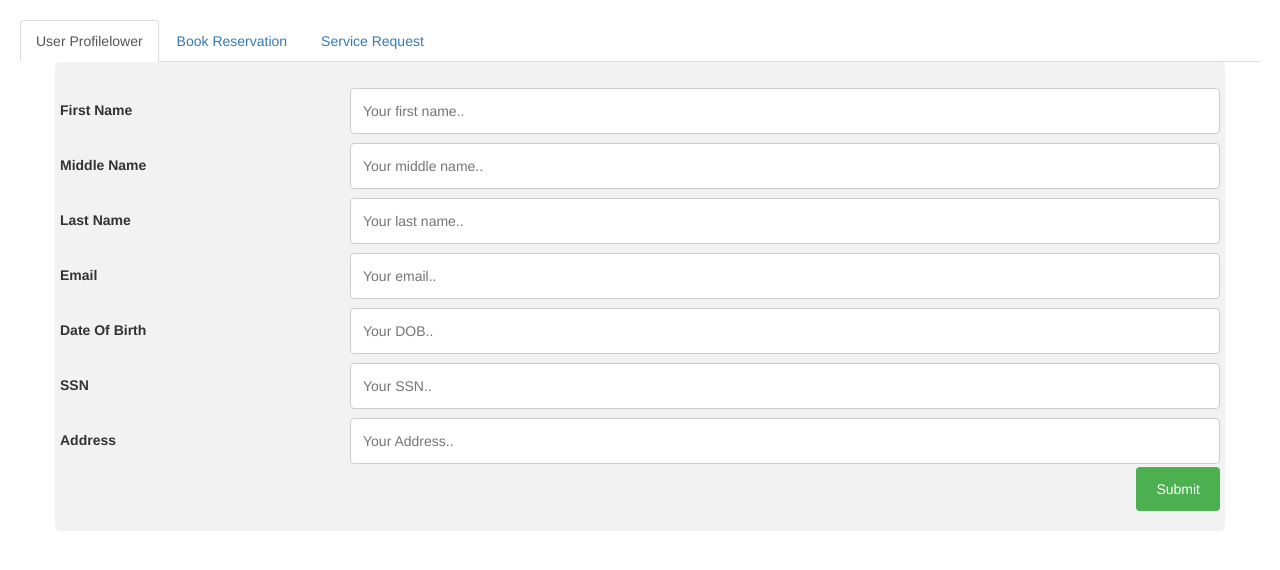
Repository: accentur/CSC507
Page: http://localhost/CSC507/userCustomerLoggedIn
An editor plug-in stored every save of this project. The page is shown before and after the next save, followed by the edit.
The browser window is 1280 px wide. The pictures show the whole page.
The page is served by Tomcat 9. Other server files are loaded and not shown.

Above is the page before, as saved 2019-02-09 22:01:48.

### CSC507/src/main/webapp/customer.jsp
<%--  <%@ page import="com.saintrose.models.User" %> --%>
<%@ page language="java" contentType="text/html; charset=ISO-8859-1"
	pageEncoding="ISO-8859-1"%>
<!DOCTYPE html PUBLIC "-//W3C//DTD HTML 4.01 Transitional//EN" "http://www.w3.org/TR/html4/loose.dtd">

<html>
<head>

<meta http-equiv="Content-Type" content="text/html; charset=ISO-8859-1">
<title>Insert title here</title>

<%--  <link rel="stylesheet" href="${pageContext.request.contextPath}/BookMyRoom/WEB-INF/css/bootstrap.min.css"> --%>
<link rel="stylesheet" href="https://maxcdn.bootstrapcdn.com/bootstrap/3.3.7/css/bootstrap.min.css">
<script src="https://ajax.googleapis.com/ajax/libs/jquery/1.12.4/jquery.min.js"></script>
<%--  <script src="${pageContext.request.contextPath}/BookMyRoom/WEB-INF/JS/bootstrap.min.js"></script> --%>
 <script src="https://maxcdn.bootstrapcdn.com/bootstrap/3.3.7/js/bootstrap.min.js"></script>
<style type="text/css">

.disabledTab{
    pointer-events: none;
}
	.bs-example{
		margin: 20px;
	}

	{
  box-sizing: border-box;
}

input[type=text], select, textarea {
  width: 100%;
  padding: 12px;
  border: 1px solid #ccc;
  border-radius: 4px;
  resize: vertical;
}

label {
  padding: 12px 12px 12px 0;
  display: inline-block;
}

input[type=submit] {
  background-color: #4CAF50;
  color: white;
  padding: 12px 20px;
  border: none;
  border-radius: 4px;
  cursor: pointer;
  float: right;
}

input[type=submit]:hover {
  background-color: #45a049;
}

.container {
  border-radius: 5px;
  background-color: #f2f2f2;
  padding: 20px;
}

.col-25 {
  float: left;
  width: 25%;
  margin-top: 6px;
}

.col-75 {
  float: left;
  width: 75%;
  margin-top: 6px;
}

/* Clear floats after the columns */
.row:after {
  content: "";
  display: table;
  clear: both;
}
</style>
</head>
<body>
 <div class="bs-example">

        <!-- Brand and toggle get grouped for better mobile display -->

  <ul class="nav nav-tabs">
        <li class="active"><a data-toggle="tab" href="#userProfile">User Profilelower</a></li>
        <li><a data-toggle="tab" href="#bookReservation">Book Reservation</a></li>
         <li><a data-toggle="tab" href="#serviceRequest">Service Request</a></li>
    </ul>
    <div class="tab-content">
        <div id="userProfile" class="tab-pane fade in active">
            <%@include file="/userRegistration.jsp" %>
        </div>
        <div id="bookReservation" class="tab-pane fade">
            <h3>Book your room.</h3>
            <p></p>
        </div>

         <div id="serviceRequest" class="tab-pane fade">
            <h3>Please raise room service request by filling up below form.</h3>
            <p></p>
        </div>


    </div>
</div>
<%-- <center>
            <% User currentUser = ((User)(session.getAttribute("currentSessionUser")));%>

            Welcome <%= currentUser.getRole() %><br>

            Today's date: <%= (new java.util.Date()).toLocaleString()%>
         </center>
	 --%>
<%-- <%@include file="../views/logout.jsp" %> --%>

    <!-- Include all compiled plugins (below), or include individual files as needed -->



</body>

<script type="text/javascript">


$('a[data-toggle="tab"]').on('shown.bs.tab', function (e) {
	  var target = $(e.target).attr("href"); // activated tab
	  //var check=urlInitial.substr(0,4);
	  var hash = window.location.hash.split('#')[0];
	  window.location.replace(hash+target);
	});

	$('#submitform').click(function() {

       $(".disabledTab").removeClass("disabledTab");
   /*    $('.nav-tabs li:eq(1) a').addClass('active');
		$('.nav-tabs a:last').addClass('active'); */
	});

	$(document).ready(function() {
		urlInitial = window.location;
		var valnew = $(".nav-tabs").find(".active a").attr("href");
		var url = urlInitial+valnew;

		window.location.replace(url);

		/* $('.nav-tabs li:eq(1) a').addClass('disabledTab');
		$('.nav-tabs a:last').addClass('disabledTab'); */


	});
</script>

</html>

### CSC507/src/main/webapp/userRegistration.jsp
<div class="container">
  <form method="post" action="${pageContext.request.contextPath}/userCustomerLoggedIn">
  <div class="row">
    <div class="col-25">
      <label for="fname">First Name</label>
    </div>
    <div class="col-75">
      <input type="text" id="fname" name="firstname" placeholder="Your first name..">
    </div>
  </div>
  <div class="row">
    <div class="col-25">
      <label for="lname">Middle Name</label>
    </div>
    <div class="col-75">
      <input type="text" id="lname" name="middlename" placeholder="Your middle name..">
    </div>
  </div>
    <div class="row">
    <div class="col-25">
      <label for="lname">Last Name</label>
    </div>
    <div class="col-75">
      <input type="text" id="lname" name="lastname" placeholder="Your last name..">
    </div>
  </div>
   <div class="row">
    <div class="col-25">
      <label for="lname">Email</label>
    </div>
    <div class="col-75">
      <input type="text" id="lname" name="email" placeholder="Your email..">
    </div>
  </div>
    <div class="row">
    <div class="col-25">
      <label for="lname">Date Of Birth</label>
    </div>
    <div class="col-75">
      <input type="text" id="lname" name="dob" placeholder="Your DOB..">
    </div>
  </div>

  <div class="row">
    <div class="col-25">
      <label for="lname">SSN</label>
    </div>
    <div class="col-75">
      <input type="text" id="lname" name="ssn" placeholder="Your SSN..">
    </div>
  </div>

   <div class="row">
    <div class="col-25">
      <label for="lname">Address</label>
    </div>
    <div class="col-75">
      <input type="text" id="lname" name="address" placeholder="Your Address..">
    </div>
  </div>


  <div class="row">
   <input id="submitform" type="submit" value="Submit">
    <!-- <button type="button" class="btn btn-primary">Submit</button> -->
  </div>
  </form>
</div>

### CSC507/src/main/java/com/saintrose/customer/service/CustomersServlet.java
package com.saintrose.customer.service;

import java.io.IOException;
import java.sql.SQLException;

import javax.servlet.ServletException;
import javax.servlet.http.HttpServlet;
import javax.servlet.http.HttpServletRequest;
import javax.servlet.http.HttpServletResponse;

import com.sample.model.CustomerProfile;
import com.sample.model.Login;

/**
 * Servlet implementation class CustomersServlet
 */
public class CustomersServlet extends HttpServlet {
	private static final long serialVersionUID = 1L;

    /**
     * @see HttpServlet#HttpServlet()
     */
    public CustomersServlet() {
        super();
        // TODO Auto-generated constructor stub
    }

	/**
	 * @see HttpServlet#doGet(HttpServletRequest request, HttpServletResponse response)
	 */
	protected void doGet(HttpServletRequest request, HttpServletResponse response) throws ServletException, IOException {
		// TODO Auto-generated method stub
		request.getRequestDispatcher("customer.jsp").forward(request,response);
	}

	/**
	 * @see HttpServlet#doPost(HttpServletRequest request, HttpServletResponse response)
	 */
	protected void doPost(HttpServletRequest request, HttpServletResponse response) throws ServletException, IOException {
		CustomerProfile profile=new CustomerProfile();

		profile.setFirstname(request.getParameter("firstname"));
		profile.setMiddlename(request.getParameter("middlename"));
		profile.setLastname(request.getParameter("lastname"));
		profile.setEmail(request.getParameter("email"));
		profile.setAddress(request.getParameter("address"));
		profile.setDob(request.getParameter("dob"));
		profile.setSsn(request.getParameter("ssn"));


		try {
			Login.addCustomerProfileToDB(profile);
		} catch (SQLException e) {

			e.printStackTrace();
		}
		doGet(request, response);
	}

}

After the next save:
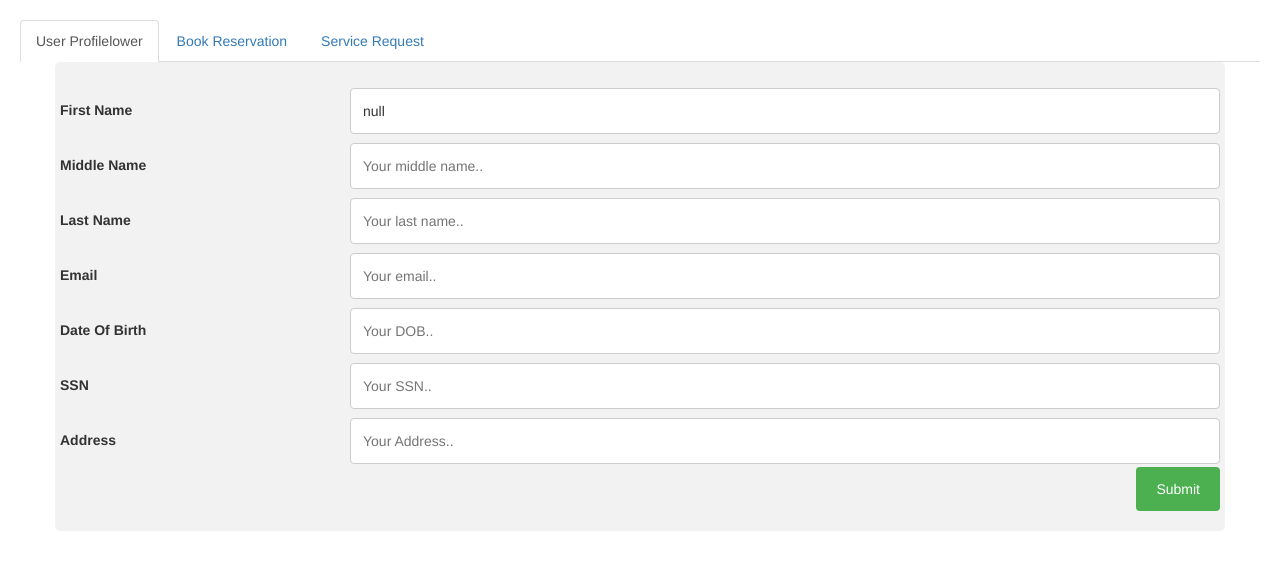
Saved 5 min 0 s later.
--- a/CSC507/src/main/webapp/userRegistration.jsp
+++ b/CSC507/src/main/webapp/userRegistration.jsp
@@ -5,7 +5,7 @@
       <label for="fname">First Name</label>
     </div>
     <div class="col-75">
-      <input type="text" id="fname" name="firstname" placeholder="Your first name..">
+      <input type="text" id="fname" name="firstname" placeholder="Your first name.." value="<%= request.getAttribute("")%>">
     </div>
   </div>
   <div class="row">
